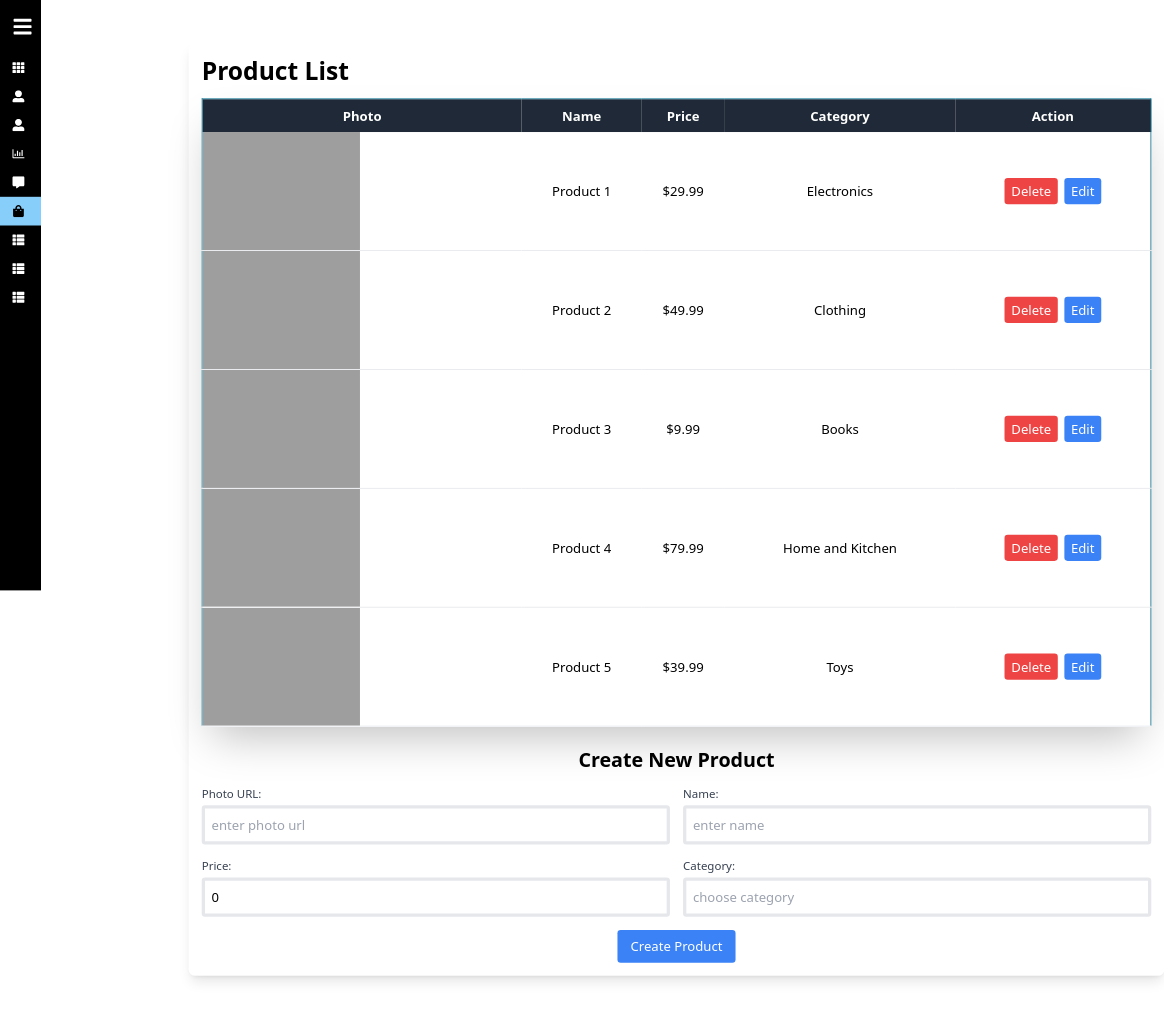
Repository: AndargWorku12/admin-dashboard
Page: /product
The author's editor kept a copy of each file at every save. The page is drawn from the files as they stood at one save, then again after the next save.
The browser window is 1280 px wide. The page is 1420 px wide, then 1388 px, so the pictures cover 1420 px, including what lies to the right of the window. The pictures show the whole page, at 82% of full size.
Pictures or frames that could not be fetched are drawn as grey boxes. The project was rebuilt for these pictures with package versions that can differ from the ones it lists, and the page was loaded fresh each time. Also part of the build but not shown: src/pages/Dashboard.tsx, src/pages/Orders.tsx, src/pages/Category.tsx, src/pages/Login.tsx, src/pages/Analytics.tsx, src/pages/CustemerReview.tsx, src/pages/ShopCard.tsx, src/pages/SignUpForm.tsx.

Above is the page before, as saved 2024-01-26 00:01:11.

### src/index.tsx
import { ColorModeScript } from "@chakra-ui/react"
import * as React from "react"
import * as ReactDOM from "react-dom/client"
import App from "./App"
import './index.css'

const container = document.getElementById("root")
if (!container) throw new Error('Failed to find the root element');
const root = ReactDOM.createRoot(container)

root.render(

  <React.StrictMode>
    <ColorModeScript />
    <App />
  </React.StrictMode>,

)

### src/App.tsx

import React, {useState} from 'react';
import { BrowserRouter, Route, Routes } from 'react-router-dom';
import Sidebar from './components/Sidebar';
import Dashboard from './pages/Dashboard';
// import SignUpForm from './pages/LoginPopup'
import Orders from './pages/Orders';
import Category from './pages/Category';
import Login from './pages/Login'
import Analytics from './pages/Analytics';
import CustemerReview from './pages/CustemerReview';
import ProductList from './pages/ProductList';
import ShopCard from './pages/ShopCard';
import './App.css'
import SignUpForm from './pages/SignUpForm';




type SaleData = {
  date: string;
  amount: number;
};

type RevenueData = {
  month: string;
  revenue: number;
};

type Product = {
    id: string;
    photo: string;
    name: string;
    price: number;
    category: string;
};

type Order = {
    id: string;
    productName: string;
    quantity: number;
    totalPrice: number;

};

type CategoryType = {
  id: string;
  photo:string;
  name: string;
};



// Sample props for components
type DashboardProps = {
  saleData: SaleData[];
  revenueData: RevenueData[];
  // ... other props
};

type AnalyticsProps = {
  salesData: SaleData[];
  // ... other props
};

type ProductProps = {
  products: Product[];
  onUpdate: (productId: string, updatedProduct: Product) => void;

};




type OrderProps = {
  orders: Order[];
  // ... other props
};

type CategoryProps = {
  categories: CategoryType[];
  // ... other props
};







const App: React.FC = () => {


// for the product page to handle
  const [products, setProducts] = useState<Product[]>([


    {
      id: '1',
      photo: 'https://img.ltwebstatic.com/images3_pi/2022/01/10/16417919016a32607182dd11dedeb77e8324b683e8_thumbnail_900x.webp',
      name: 'Product 1',
      price: 29.99,
      category: 'Electronics',
    },
    {
      id: '2',
      photo: 'https://img.ltwebstatic.com/images3_pi/2022/01/10/16417919016a32607182dd11dedeb77e8324b683e8_thumbnail_900x.webp',
      name: 'Product 2',
      price: 49.99,
      category: 'Clothing',
    },
    {
      id: '3',
      photo: 'https://img.ltwebstatic.com/images3_pi/2022/01/10/16417919016a32607182dd11dedeb77e8324b683e8_thumbnail_900x.webp',
      name: 'Product 3',
      price: 9.99,
      category: 'Books',
    },
    {
      id: '4',
      photo: 'https://img.ltwebstatic.com/images3_pi/2022/01/10/16417919016a32607182dd11dedeb77e8324b683e8_thumbnail_900x.webp',
      name: 'Product 4',
      price: 79.99,
      category: 'Home and Kitchen',
    },
    {
      id: '5',
      photo: 'https://img.ltwebstatic.com/images3_pi/2022/01/10/16417919016a32607182dd11dedeb77e8324b683e8_thumbnail_900x.webp',
      name: 'Product 5',
      price: 39.99,
      category: 'Toys',
    },



  ]);

  // Function to handle creating a new product
  const handleCreate = (newProduct: Product) => {
    setProducts((prevProducts) => [...prevProducts, newProduct]);
  };

  // Function to handle updating a product

  const handleUpdate = (productId: string, newName: string, newPrice: number) => {
    setProducts((prevProducts) =>
      prevProducts.map((product) =>
        product.id === productId
          ? { ...product, name: newName, price: newPrice }
          : product
      )
    );
  };



  // Function to handle deleting a product
  const handleDelete = (productId: string) => {
    setProducts((prevProducts) => prevProducts.filter((product) => product.id !== productId));
  };

//  for AnalyticsPage
// for category page


const [categories, setCategories] = useState<CategoryType[]>([
  {
    id: '1',
    photo: 'https://plus.unsplash.com/premium_photo-1661662850226-83c981ed4eba?w=500&auto=format&fit=crop&q=60&ixlib=rb-4.0.3&ixid=M3wxMjA3fDB8MHxzZWFyY2h8MXx8bGFwdG9wJTIwY29tcHV0ZXJ8ZW58MHx8MHx8fDA%3D',
    name: 'Category 1',
  },
  {
    id: '2',
    photo: 'https://plus.unsplash.com/premium_photo-1661662850226-83c981ed4eba?w=500&auto=format&fit=crop&q=60&ixlib=rb-4.0.3&ixid=M3wxMjA3fDB8MHxzZWFyY2h8MXx8bGFwdG9wJTIwY29tcHV0ZXJ8ZW58MHx8MHx8fDA%3D',
    name: 'Category 2',
  },
  {
    id: '3',
    photo: 'https://plus.unsplash.com/premium_photo-1661662850226-83c981ed4eba?w=500&auto=format&fit=crop&q=60&ixlib=rb-4.0.3&ixid=M3wxMjA3fDB8MHxzZWFyY2h8MXx8bGFwdG9wJTIwY29tcHV0ZXJ8ZW58MHx8MHx8fDA%3D',
    name: 'Category 3',
  },
  {
    id: '4',
    photo: 'https://plus.unsplash.com/premium_photo-1661662850226-83c981ed4eba?w=500&auto=format&fit=crop&q=60&ixlib=rb-4.0.3&ixid=M3wxMjA3fDB8MHxzZWFyY2h8MXx8bGFwdG9wJTIwY29tcHV0ZXJ8ZW58MHx8MHx8fDA%3D',
    name: 'Category 4',
  },

]);

// Function to handle creating a new category
// const handleCreateCategory = (newCategory: CategoryType) => {
//   setCategories((prevCategories) => [...prevCategories, newCategory]);
// };
const handleCreateCategory = (newCategory: CategoryType) => {
  // Add the new category to the list of categories
  setCategories((prevCategories) => [...prevCategories, newCategory]);
};

const handleUpdateCategory = (categoryId: string, newName: string) => {
  setCategories((prevCategories) =>
    prevCategories.map((category) =>
      category.id === categoryId ? { ...category, name: newName } : category
    )
  );
};

// Function to handle deleting a category
const handleDeleteCategory = (categoryId: string) => {
  setCategories((prevCategories) => prevCategories.filter((category) => category.id !== categoryId));
};

  const saleData: SaleData[] = [
    { date: '2022-01-01', amount: 100 },
    { date: '2022-01-02', amount: 150 },
    { date: '2022-01-03', amount: 200 },
    { date: '2022-01-04', amount: 120 },
    { date: '2022-01-05', amount: 180 },
    { date: '2022-01-06', amount: 90 },
    { date: '2022-01-07', amount: 110 },
    { date: '2022-01-08', amount: 130 },
    { date: '2022-01-09', amount: 170 },
    { date: '2022-01-10', amount: 160 },
  ];

  const revenueData: RevenueData[] = [
    { month: 'January', revenue: 500 },
    { month: 'February', revenue: 700 },
    { month: 'March', revenue: 600 },
    { month: 'April', revenue: 800 },
    { month: 'May', revenue: 900 },
    { month: 'June', revenue: 750 },
    { month: 'July', revenue: 850 },
    { month: 'August', revenue: 950 },
    { month: 'September', revenue: 700 },
    { month: 'October', revenue: 850 },
  ];


   const [orders, setOrders] = useState<Order[]>([
    {
      id: '1',
      productName: 'Laptop',
      quantity: 2,
      totalPrice: 2000,
    },
    {
      id: '2',
      productName: 'Smartphone',
      quantity: 3,
      totalPrice: 1200,
    },
    {
      id: '3',
      productName: 'Headphones',
      quantity: 1,
      totalPrice: 100,
    },
    {
      id: '4',
      productName: 'Camera',
      quantity: 1,
      totalPrice: 800,
    },

   ]);

  // Function to create a new order
  const handleCreateOrder = (newOrder: Order) => {
    setOrders((prevOrders) => [...prevOrders, newOrder]);
  };

  // Function to delete an order
  const handleDeleteOrder = (orderId: string) => {
    const updatedOrders = orders.filter(order => order.id !== orderId);
    setOrders(updatedOrders);
  };

  // Function to update an order
  const handleUpdateOrder = (orderId: string, updatedOrder: Order) => {
    // Placeholder implementation: Updating the order in the list
    setOrders((prevOrders) =>
      prevOrders.map((order) =>
        order.id === orderId ? { ...order, ...updatedOrder } : order
      )
    );
  };

  return (
    <BrowserRouter>
    <Sidebar>
      <Routes>
        <Route path="/" element={<Dashboard saleData={saleData} revenueData={revenueData} />} />
        <Route path="/dashboard" element={<Dashboard saleData={saleData} revenueData={revenueData} />} />
       <Route path="/login" element={<Login/>}/>
        <Route path="/signup" element={<SignUpForm />} />
        <Route path="/review"element={<CustemerReview username="John" joinedDate="2022-01-01" reviewDate="2022-01-15" reviewText="Lorem ipsum" />}
/>

        <Route path="/analytics" element={<Analytics saleData={saleData} />} />
        <Route
  path="/product"
  element={<ProductList products={products} onCreate={handleCreate} onDelete={handleDelete} onUpdate={handleUpdate} />}
/>
        <Route path="/shop" element={<ShopCard />} />
        <Route
        path="/orders"
        element={
          <Orders
  orders={orders}
  onCreateOrder={handleCreateOrder}
  onDeleteOrder={handleDeleteOrder}
  onUpdateOrder={handleUpdateOrder}
/>
        }
      />

        <Route
            path="/category"
            element={<Category
              categories={categories}
              onCreate={handleCreateCategory}
              onDelete={handleDeleteCategory}
              onUpdate={handleUpdateCategory}
            />}
          />

      </Routes>
    </Sidebar>
  </BrowserRouter>
  );
};

export default App;

### src/components/Sidebar.tsx
import React, { useState } from 'react';
import ReactNode from "react";
import {
    FaTh,
    FaBars,
    FaUserAlt,
    FaRegChartBar,
    FaCommentAlt,
    FaShoppingBag,
    FaThList
} from 'react-icons/fa';
import { NavLink, NavLinkProps } from 'react-router-dom';



interface MenuItem {
    path: string;
    name: string;
    icon: JSX.Element;
}

interface SidebarProps {
  children: React.ReactNode;
}
    const Sidebar: React.FC<React.PropsWithChildren<{}>> = ({ children }) => {
    const [isOpen, setIsOpen] = useState(false);

    const toggle = () => setIsOpen(!isOpen);

    const menuItems: MenuItem[] = [
        {
            path: '/',
            name: 'Dashboard',
            icon: <FaTh />,
        },
        {
            path: '/login',
            name: 'Login',
            icon: <FaUserAlt />,
        },
        {
          path: '/signup',
          name: 'Register form',
          icon: <FaUserAlt />,
      },
        {
            path: '/analytics',
            name: 'Analytics',
            icon: <FaRegChartBar />,
        },
        {
            path: '/review',
            name: 'CustemerReview',
            icon: <FaCommentAlt />,
        },
        {
            path: '/product',
            name: 'Product',
            icon: <FaShoppingBag />,
        },
        {
            path: '/category',
            name: 'Category List',
            icon: <FaThList />,
        },
        {
          path: '/orders',
          name: 'Orders',
          icon: <FaThList />,
      },
      {
        path: '/shop',
        name: 'Sample product',
        icon: <FaThList />,
    },
    ];

    return (
        <div className="container">
            <div style={{ width: isOpen ? '200px' : '50px' }} className="sidebar">
                <div className="top_section">
                    <h1 style={{ display: isOpen ? 'block' : 'none' }} className="logo">
                        Logo
                    </h1>
                    <div style={{ marginLeft: isOpen ? '50px' : '0px' }} className="bars">
                        <FaBars onClick={toggle} />
                    </div>
                </div>
                {menuItems.map((item, index) => (
                    <NavLink to={item.path} key={index} className="link"
                    //  activeClassName="active"
                     >
                        <div className="icon">{item.icon}</div>
                        <div style={{ display: isOpen ? 'block' : 'none' }} className="link_text text-sm">
                            {item.name}
                        </div>
                    </NavLink>
                ))}
            </div>
            <main>{children}</main>
        </div>
    );
};

export default Sidebar;

### src/pages/ProductList.tsx
import React, { useState } from 'react';

interface Product {
  id: string;
  photo: string;
  name: string;
  price: number;
  category: string;
}

interface ProductListProps {
  products: Product[];
  onCreate: (newProduct: Omit<Product, 'id'> & { id?: string }) => void;
  onDelete: (productId: string) => void;
  onUpdate: (productId: string, newName: string, newPrice: number) => void;
}

const ProductList: React.FC<ProductListProps> = ({ products, onCreate, onDelete, onUpdate }) => {
  const [newProduct, setNewProduct] = useState<Omit<Product, 'id'> & { id?: string }>({
    photo: '',
    name: '',
    price: 0,
    category: '',
  });
  const [editingProduct, setEditingProduct] = useState<Product | null>(null);

  const handleCreateProduct = () => {
    onCreate({ ...newProduct, id: Date.now().toString() });
    setNewProduct({
      photo: '',
      name: '',
      price: 0,
      category: '',
    });
  };

  const handleUpdateProduct = () => {
    if (editingProduct) {
      onUpdate(editingProduct.id, editingProduct.name, editingProduct.price);
      setEditingProduct(null);
    }
  };

  const handleDeleteProduct = (id: string) => {
    onDelete(id);
  };

  const handleEditProduct = (product: Product) => {
    setEditingProduct(product);
  };

  return (
    <div className="container mx-auto my-8 p-4 bg-white shadow-lg rounded-lg block gap-64 text-center ml-40">
      <h2 className="text-3xl font-bold mb-4 text-left">Product List</h2>
      <table className="w-full border border-cyan-700 w-max-80 shadow-2xl">
        <thead>
          <tr className=' bg-gray-800 text-white'>
            <th className="py-2">Photo</th>
            <th className="py-2">Name</th>
            <th className="py-2">Price</th>
            <th className="py-2">Category</th>
            <th className="py-2">Action</th>
          </tr>
        </thead>
        <tbody>
          {products.map((product) => (
            <tr key={product.id} className="border-b">
              <td>
                <img src={product.photo} alt={product.name} className="w-48 h-36 object-cover" />
              </td>
              <td className="py-2">{product.name}</td>
              <td className="py-2">${product.price.toFixed(2)}</td>
              <td className="py-2">{product.category}</td>
              <td className="py-2">
                <button
                  onClick={() => handleDeleteProduct(product.id)}
                  className="bg-red-500 text-white px-2 py-1 rounded mr-2"
                >
                  Delete
                </button>
                <button
                  onClick={() => handleEditProduct(product)}
                  className="bg-blue-500 text-white px-2 py-1 rounded"
                >
                  Edit
                </button>
              </td>
            </tr>
          ))}
        </tbody>
      </table>

      <h2 className="text-2xl font-bold mt-6 mb-4">
        {editingProduct ? 'Edit Product' : 'Create New Product'}
      </h2>
      <div className="grid grid-cols-2 gap-4 text-start">
        <div>
          <label htmlFor="productPhoto" className="block text-sm font-medium text-gray-700">
            Photo URL:
          </label>
          <input
            type="text"
            id="productPhoto"
            placeholder='enter photo url'
            value={editingProduct ? editingProduct.photo : newProduct.photo}
            onChange={(e) =>
              editingProduct
                ? setEditingProduct({ ...editingProduct, photo: e.target.value })
                : setNewProduct({ ...newProduct, photo: e.target.value })
            }
            className="mt-1 p-2 border-4 rounded w-full"
          />
        </div>
        <div>
          <label htmlFor="productName" className="block text-sm font-medium text-gray-700">
            Name:
          </label>
          <input
            type="text"
            id="productName"
            placeholder='enter name'
            value={editingProduct ? editingProduct.name : newProduct.name}
            onChange={(e) =>
              editingProduct
                ? setEditingProduct({ ...editingProduct, name: e.target.value })
                : setNewProduct({ ...newProduct, name: e.target.value })
            }
            className="mt-1 p-2 border-4 rounded w-full"
          />
        </div>
        <div>
          <label htmlFor="productPrice" className="block text-sm font-medium text-gray-700">
            Price:
          </label>
          <input
            type="number"
            id="productPrice"
            placeholder='enter price'
            value={editingProduct ? editingProduct.price : newProduct.price}
            onChange={(e) =>
              editingProduct
                ? setEditingProduct({ ...editingProduct, price: +e.target.value })
                : setNewProduct({ ...newProduct, price: +e.target.value })
            }
            className="mt-1 p-2 border-4 rounded w-full"
          />
        </div>
        <div>
          <label htmlFor="productCategory" className="block text-sm font-medium text-gray-700">
            Category:
          </label>
          <input
            type="text"
            id="productCategory"
            placeholder='choose category'
            value={editingProduct ? editingProduct.category : newProduct.category}
            onChange={(e) =>
              editingProduct
                ? setEditingProduct({ ...editingProduct, category: e.target.value })
                : setNewProduct({ ...newProduct, category: e.target.value })
            }
            className="mt-1 p-2 border-4  rounded w-full"
          />
        </div>
      </div>
      <button
        onClick={editingProduct ? handleUpdateProduct : handleCreateProduct}
        className="mt-4 bg-blue-500 text-white px-4 py-2 rounded"
      >
        {editingProduct ? 'Update Product' : 'Create Product'}
      </button>
    </div>
  );
};

export default ProductList;

### src/App.css
* {
    margin: 0;
    padding: 0;
    text-decoration: none;
}

.container {
    display: flex;
}

main {
    width: 100%;
    padding: 20px;
}

.sidebar {
    background: #000;
    color: #fff;
    height: 100vh;
    width: 200px;
    transition: all 0.5s;
}

.top_section {
    display: flex;
    align-items: center;
    padding: 20px 15px;
}

.logo {
    font-size: 30px;
}

.bars {
    display: flex;
    font-size: 25px;
    margin-left: 50px;
}

.link {
    display: flex;
    color: #fff;
    padding: 10px 15px;
    gap: 15px;
    transition: all 0.5s;
}

.link:hover {
    background: lightskyblue;
    color: #000;
    transition: all 0.5s;
}

.active {
    background: lightskyblue;
    color: #000;
}

.icon,
.link_text {
    font-size: 15px;
}

Loaded but not shown: public/index.html (common file); src/index.css (common file); tailwind.config.js (common file)

After the next save:
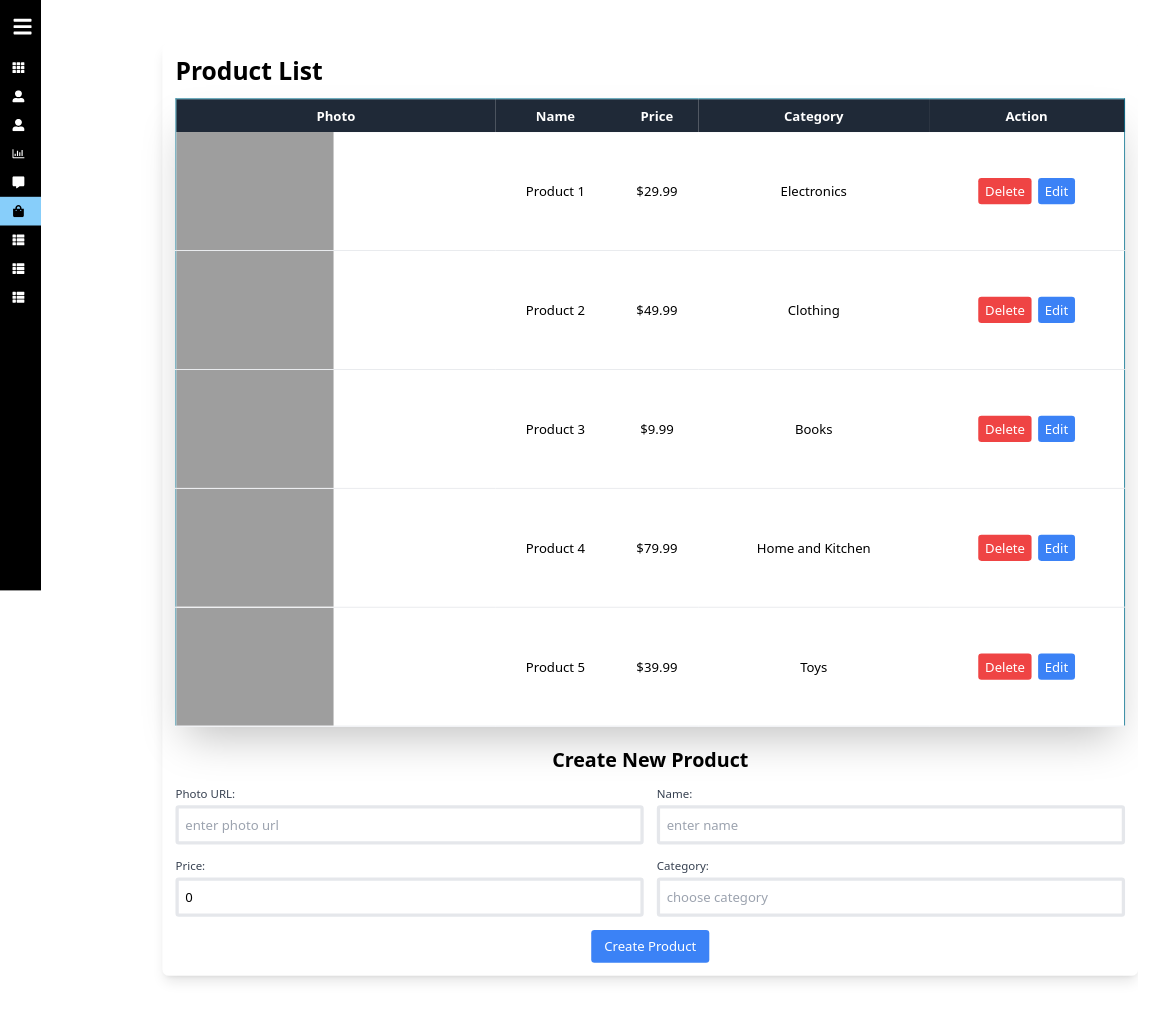
Saved 30 s later.
--- a/src/pages/ProductList.tsx
+++ b/src/pages/ProductList.tsx
@@ -50,7 +50,7 @@ const ProductList: React.FC<ProductListProps> = ({ products, onCreate, onDelete,
   };
 
   return (
-    <div className="container mx-auto my-8 p-4 bg-white shadow-lg rounded-lg block gap-64 text-center ml-40">
+    <div className="container mx-auto my-8 p-4 bg-white shadow-lg rounded-lg block gap-64 text-center ml-32">
       <h2 className="text-3xl font-bold mb-4 text-left">Product List</h2>
       <table className="w-full border border-cyan-700 w-max-80 shadow-2xl">
         <thead>
